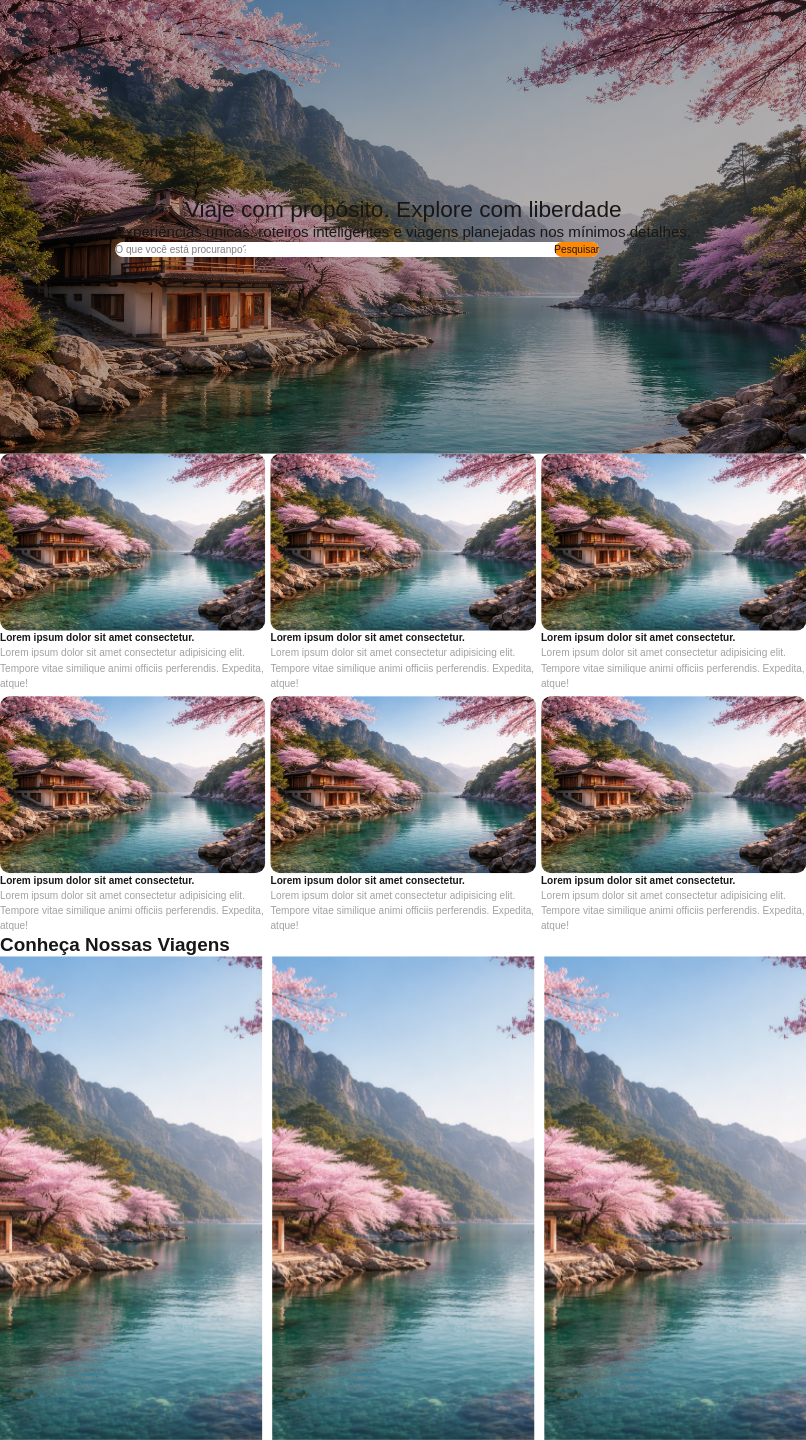
Repository: pedroantoniosi/tripicon-site
Page: /home
These files come from the project's save history. The page is drawn as it stood at one moment and after the next save; the edit follows.
The browser window is 1280 px wide. The pictures show the whole page, at 63% of full size.
The project was rebuilt for these pictures with package versions that can differ from the ones it lists, and the page was loaded fresh each time. The framework's server and built-in components were replaced by stand-ins that run in the browser. Also part of the build but not shown: next.config.ts.

Above is the page before, as saved 2026-04-02 20:35:44.

After the next save:
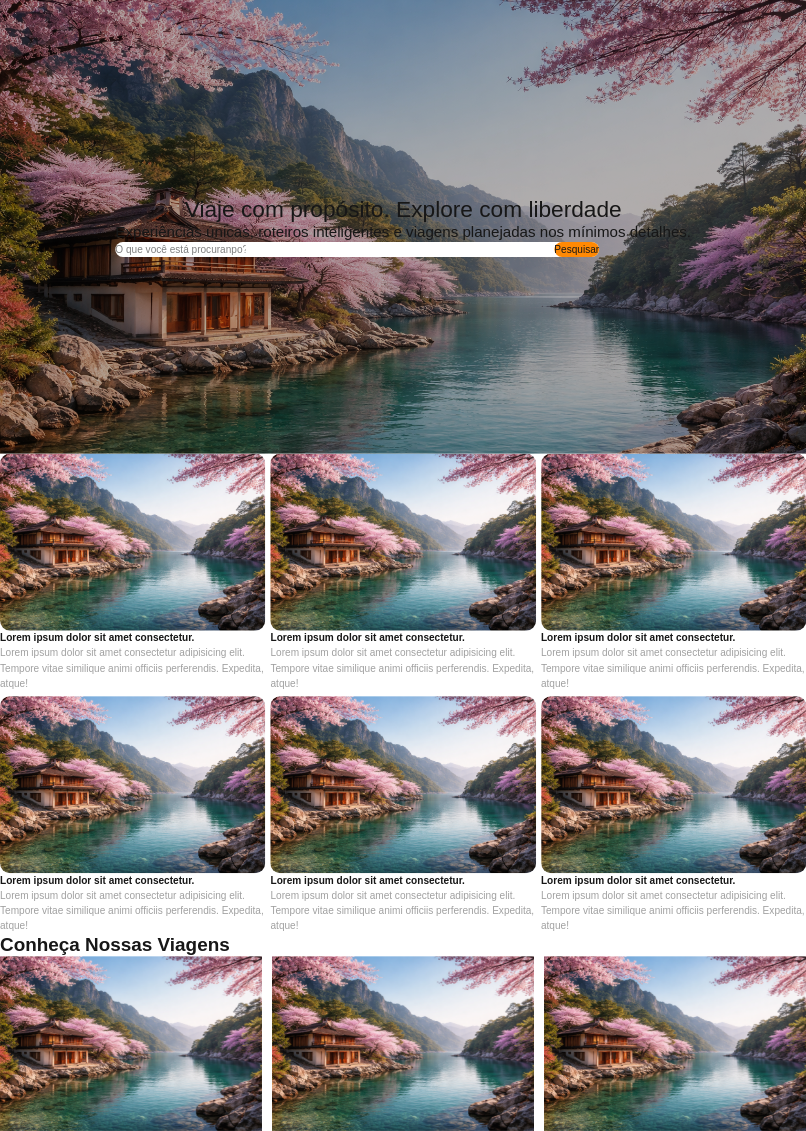
Saved 4 s later.
--- a/src/app/home/page.tsx
+++ b/src/app/home/page.tsx
@@ -98,11 +98,7 @@ export default function Home() {
               loop
               renderItem={(item) => (
                 <div className="">
-                  <img
-                    src={item.image}
-                    alt={item.title}
-                    className="w-full h-[768px] object-cover"
-                  />
+                  <img src={item.image} alt={item.title} className="" />
                   <h2 className="p-4 font-bold">{item.title}</h2>
                 </div>
               )}
